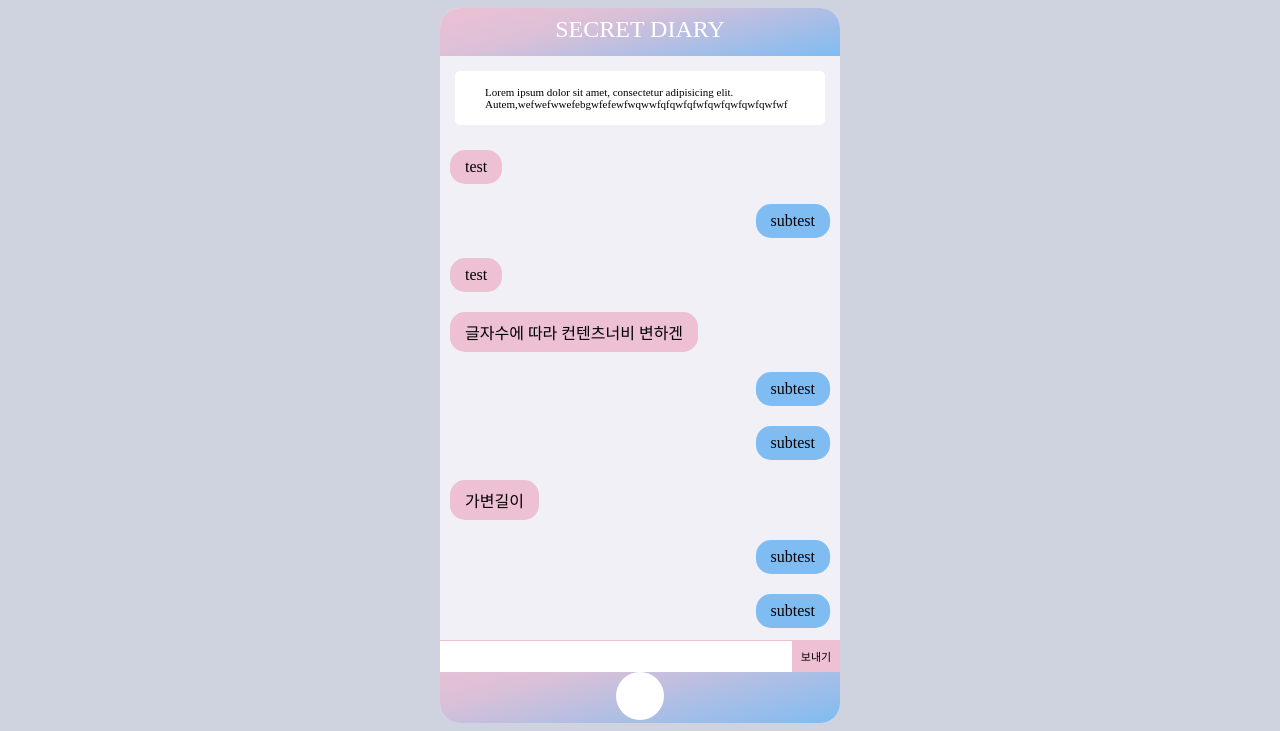
Repository: jinhee196/diary
Page: index.html
These files come from the project's save history. The page is drawn as it stood at one moment and after the next save; the edit follows.
The browser window is 1280 px wide. The pictures show the whole page.

Above is the page before, as saved 2021-06-04 13:08:40.

After the next save:
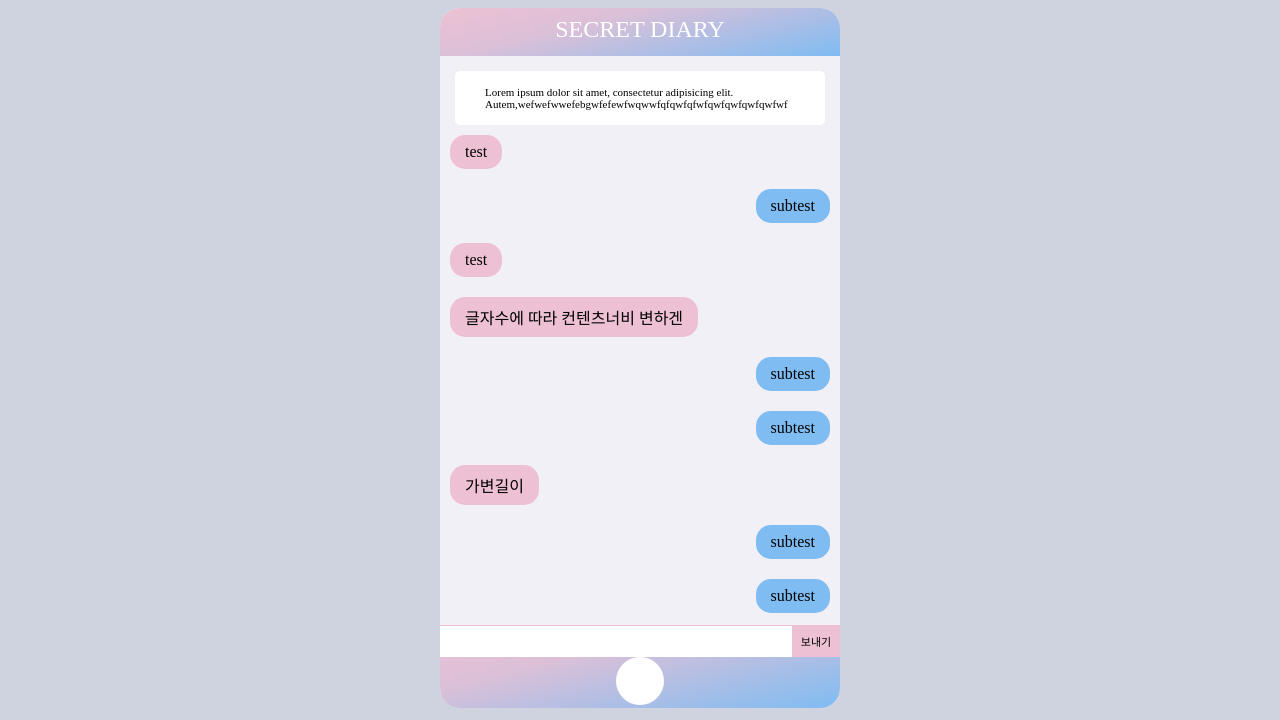
Saved 14 s later.
--- a/style.css
+++ b/style.css
@@ -44,7 +44,7 @@ body {
   font-size: 11px;
   text-align: left;
   padding: 15px 30px;
-  margin: 15px auto;
+  margin: 15px auto 0;
   background-color: #fff;
   border-radius: 5px;
 }
